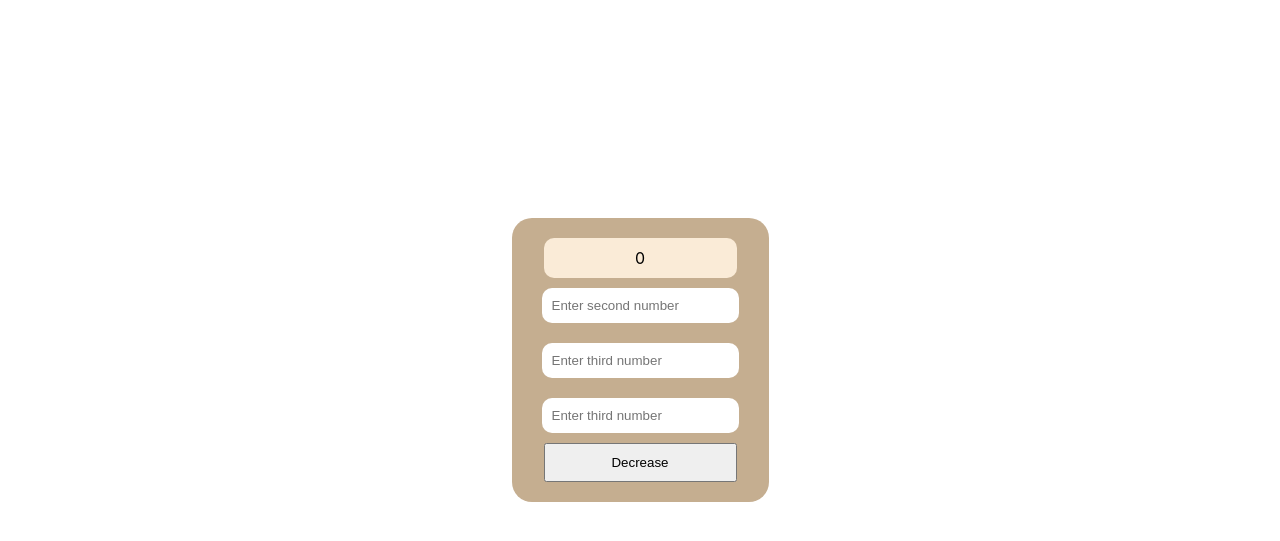
Repository: purnimapatel/SI-calculator
Page: /
The author's editor kept a copy of each file at every save. The page is drawn from the files as they stood at one save, then again after the next save.
The browser window is 1280 px wide. The pictures show the whole page.
The project was rebuilt for these pictures with package versions that can differ from the ones it lists, and the page was loaded fresh each time.

Above is the page before, as saved 2024-08-26 11:41:53.

### src/App.jsx
import logo from './logo.svg';
import './App.css';
import { useState } from 'react';

function App() {
  const[rate, setRate]=(useState(''));
  const[principle, setPrinciple]=(useState());
  const[time, setTime]=(useState(''));
  const[res, setRes]=(useState(0));
  return(

    <div className="container">
    <div className="container1">
    <div className="result">
    {res}
    </div>


    <input
        type="number"
        id = "field"
        value={rate}
        onChange={(e) => setRate(Number(e.target.value))}
        placeholder="Enter second number"
      />
      <input
        type="number"
        id="field"
        value={principle}
        onChange={(e) => setPrinciple(Number(e.target.value))}
        placeholder="Enter third number"
      />
      <input
        type="number"
        id = "field"
        value={time}
        onChange={(e) => setTime(Number(e.target.value))}
        placeholder="Enter third number"
      />
    <button className='btn' onClick={result}>Decrease</button>
    </div>
    </div>

  )
  function result(){

    setRate('');
    setPrinciple('');
    setTime('');
    setRes((rate*principle*time)/100)

}




}


export default App;

### src/App.css
.App {
  text-align: center;

}
.container{
  display: flex;
  justify-content: center;
  align-items:center;
  height:100vh;

}
.container1{

  background-color:rgb(197, 174, 144);
  display:flex;
  text-align: center;
  flex-direction: column;
  justify-content: center;
  height: auto;
  width:auto;
  padding:20px;
  border-radius: 20px;

}
.result{
  display: flex;
  text-align: center;
  justify-content: center;
  margin:0px 12px;
  padding:10px 0px;
  background-color:antiquewhite;
  border-radius:10px;

}
input[type=number]::-webkit-outer-spin-button,
input[type=number]::-webkit-inner-spin-button {
    -webkit-appearance: none;
    margin: 0;
}

/* Remove the spinner in Firefox */
input[type=number] {
    -moz-appearance: textfield;
}
#field{
  margin:10px;
  padding:10px;
  border-radius:10px;
  border:none;
}
.btn{
  margin:0px 12px;
  padding:10px 25px;
}

Loaded but not shown: public/index.html (common file); src/index.js (common file); src/index.css (common file); src/reportWebVitals.js (common file)

After the next save:
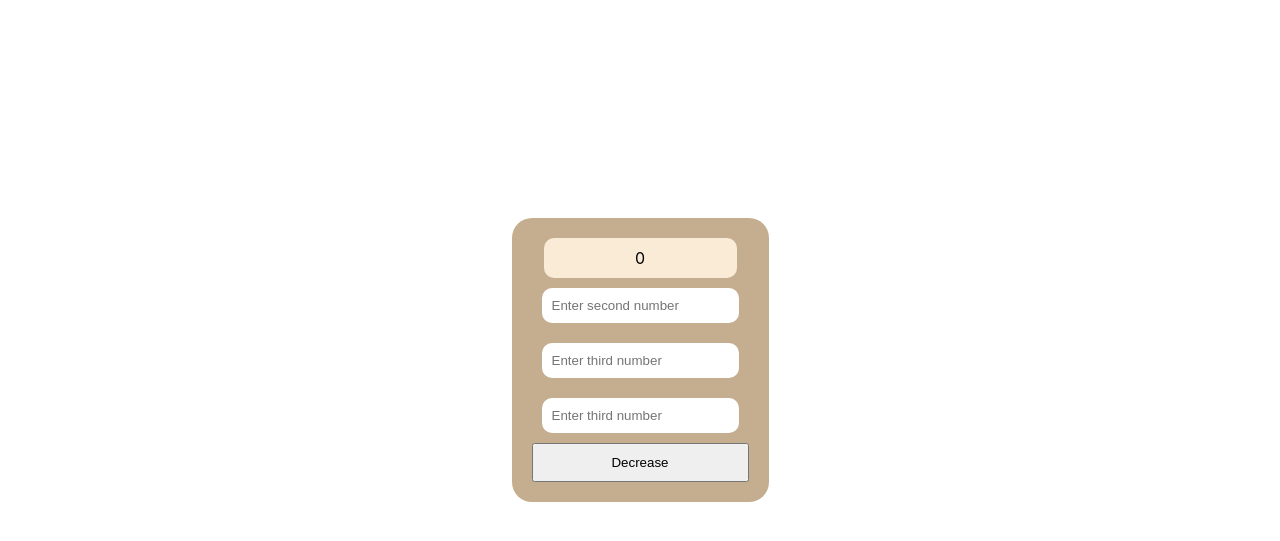
Saved 8 s later.
--- a/src/App.css
+++ b/src/App.css
@@ -49,6 +49,6 @@
   border:none;
 }
 .btn{
-  margin:0px 12px;
+  margin:0px 0px;
   padding:10px 25px;
 }

After the save that followed:
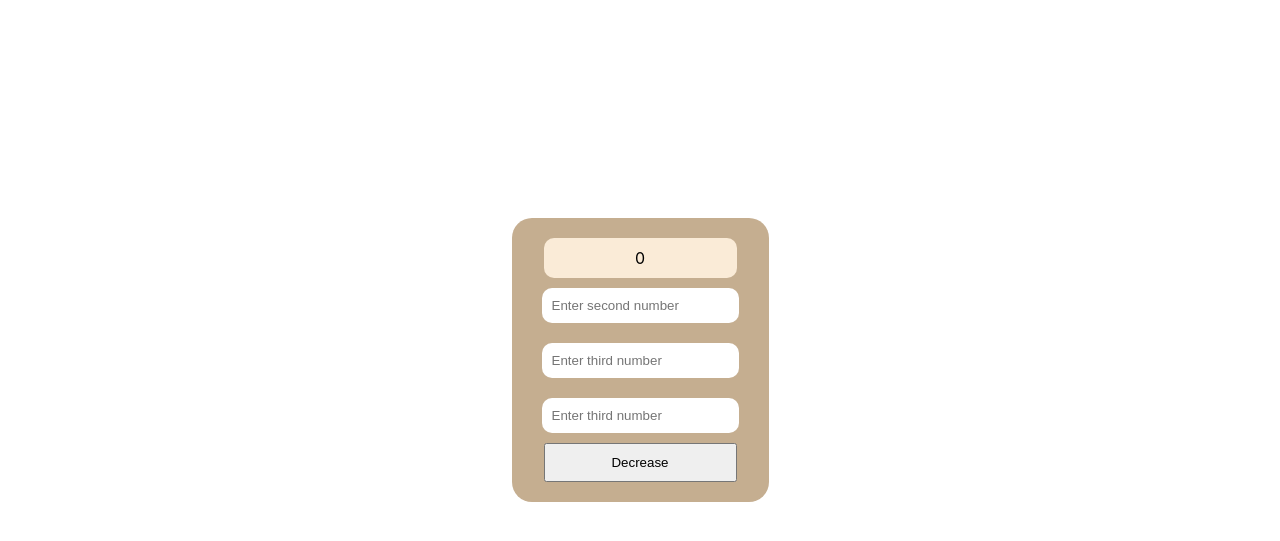
Saved 11 s later.
--- a/src/App.css
+++ b/src/App.css
@@ -49,6 +49,6 @@
   border:none;
 }
 .btn{
-  margin:0px 0px;
+  margin:0px 12px;
   padding:10px 25px;
 }
